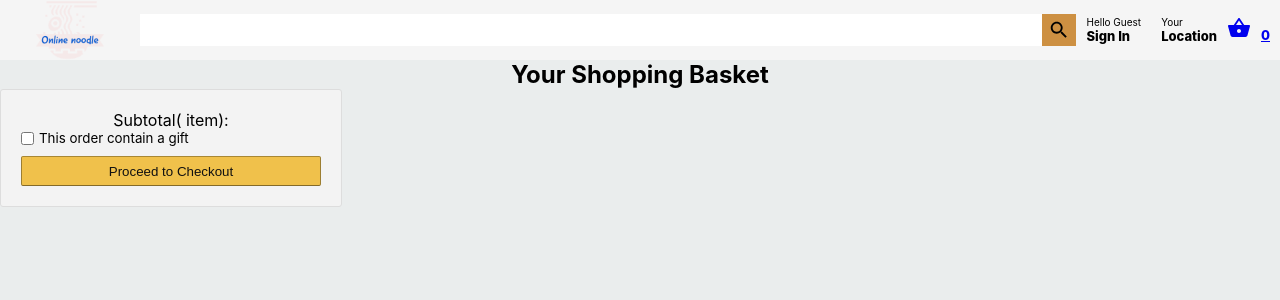
Repository: treenoise09/Noodleonline
Page: /checkout
The author's editor kept a copy of each file at every save. The page is drawn from the files as they stood at one save, then again after the next save.
The browser window is 1280 px wide. The pictures show the whole page.
The project was rebuilt for these pictures with package versions that can differ from the ones it lists, and the page was loaded fresh each time. Also part of the build but not shown: src/Home.css, src/Noodle.css, src/Noodle.js, src/Home.js.

Above is the page before, as saved 2022-10-28 17:00:05.

After the next save:
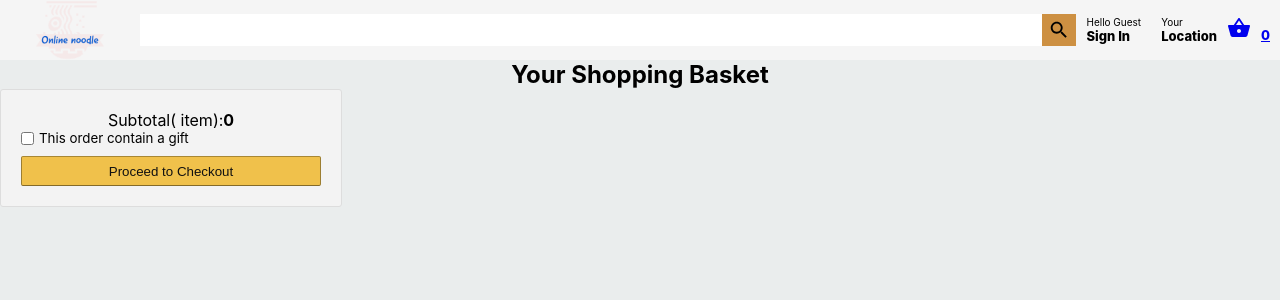
Saved 37 s later.
--- a/src/Subtotal.js
+++ b/src/Subtotal.js
@@ -10,8 +10,7 @@
 renderText={(value) => (
 <>
     <p>
-        Subtotal({basket?.lenght} item):
-        <strong></strong>
+        Subtotal({basket.lenght} item):<strong>0</strong>
         </p>
         <small className='subtotal_gift'>
             <input type="checkbox"/>This order contain a gift
